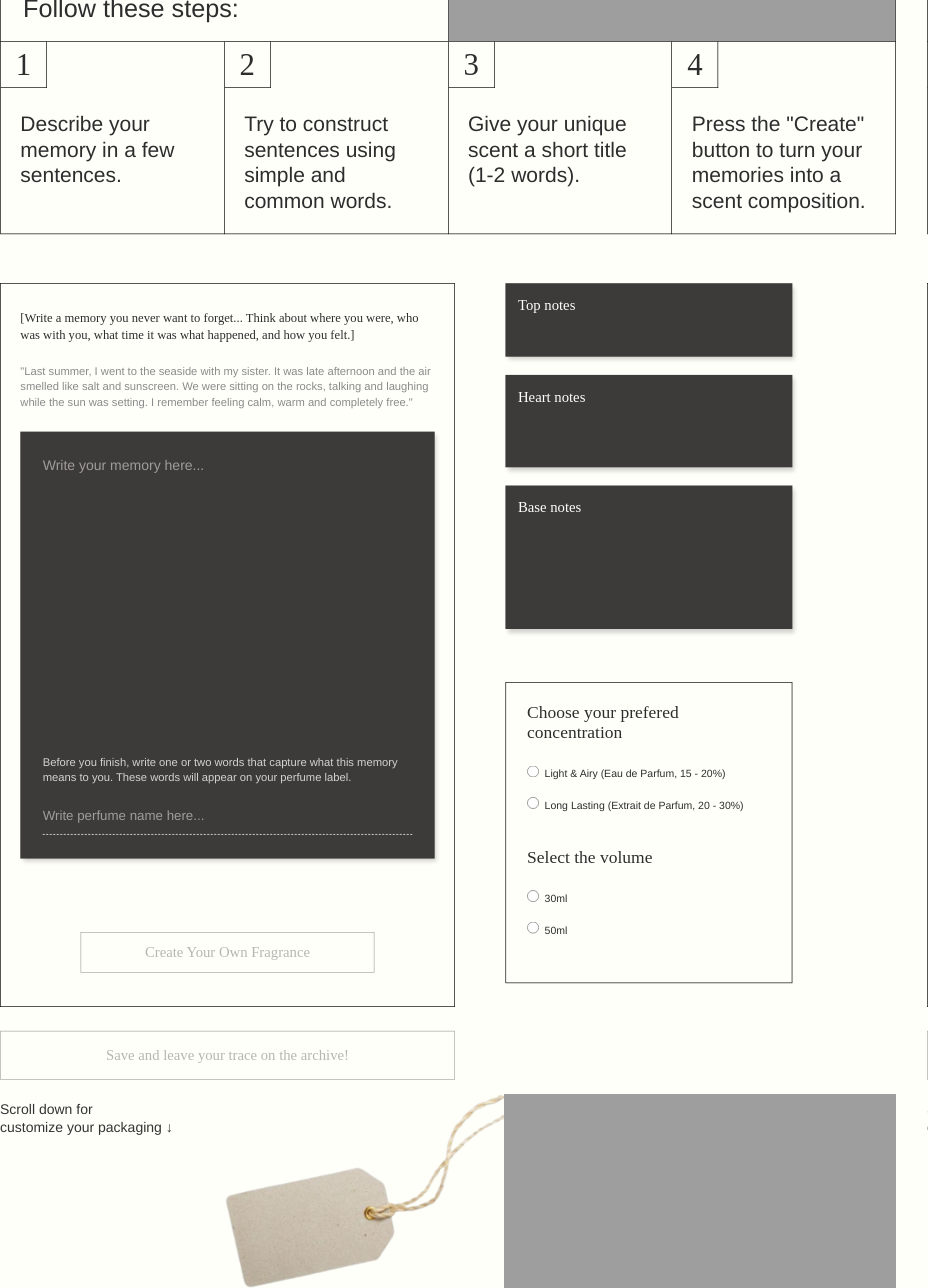
Repository: doagunes/Sillage
Page: /create
An editor plug-in stored every save of this project. The page is shown before and after the next save, followed by the edit.
The browser window is 1280 px wide. The page is 1325 px wide, so the pictures cover 1325 px, including what lies to the right of the window. The pictures show the part of the page from y = 422 to 2262 px (the page is 4134 px tall), at 70% of full size.
Pictures or frames that could not be fetched are drawn as grey boxes. Some web fonts or font styles are not loaded; a fallback is used. The project was rebuilt for these pictures with package versions that can differ from the ones it lists, and the page was loaded fresh each time. Also part of the build but not shown: vite.config.js, src/pages/SignUp.css, src/pages/SignUp.jsx, src/pages/Login.css, src/pages/Login.jsx, src/components/DynamicPerfumeBottle.css, src/components/DynamicPerfumeBottle.jsx, src/pages/Account.css and 17 more.

Above is the page before, as saved 2026-06-06 04:47:57.

After the next save:
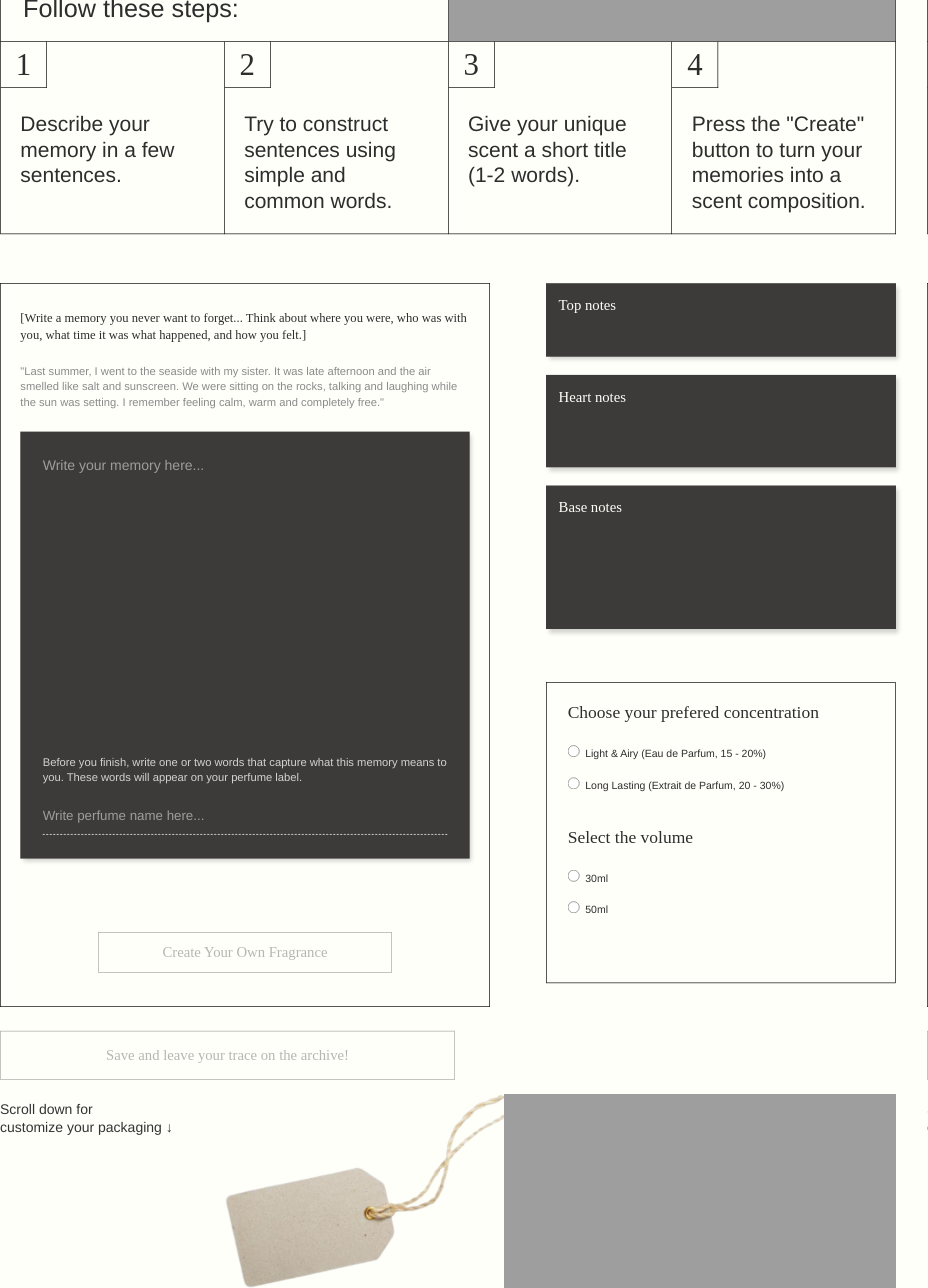
Saved 7 h 54 min later.
--- a/src/pages/Create.css
+++ b/src/pages/Create.css
@@ -108,9 +108,12 @@
 .create-main {
   width: 1280px;
   margin: 70px auto 0;
+
   display: grid;
-  grid-template-columns: 650px 410px;
-  gap: 72px;
+  grid-template-columns: 700px 500px;
+
+  gap: 80px;
+
   align-items: start;
 }
 
